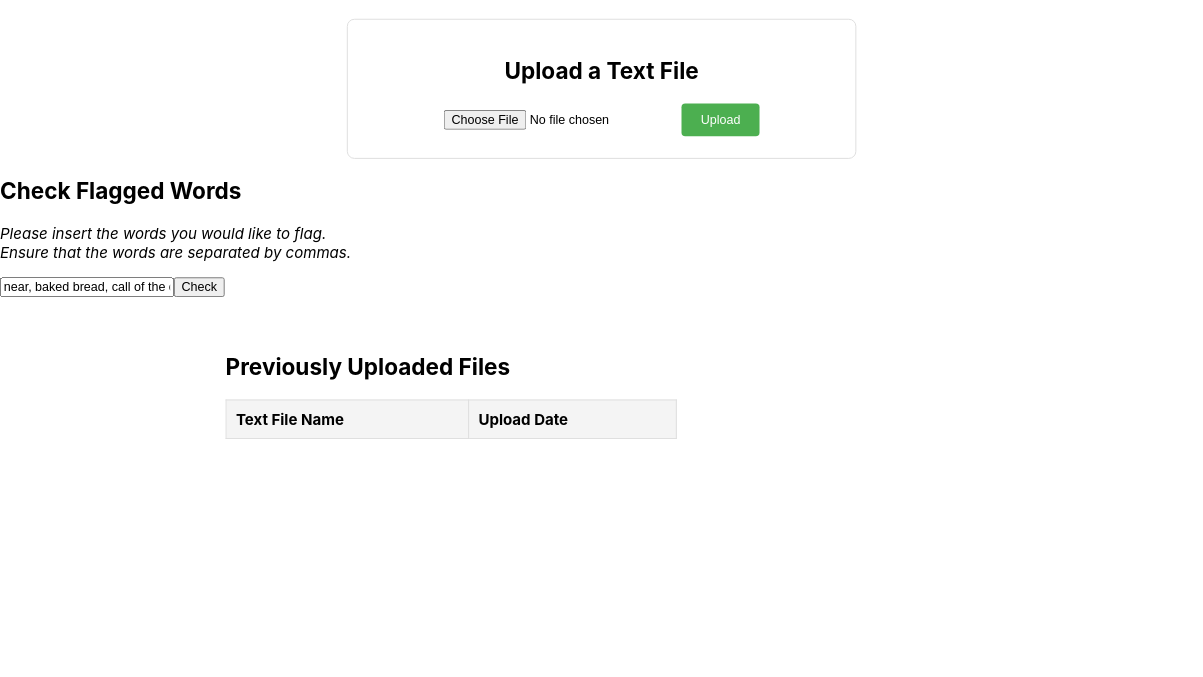
Repository: WafulaLukorito/flagged-Frontend
Page: /
These files come from the project's save history. The page is drawn as it stood at one moment and after the next save; the edit follows.
The browser window is 1280 px wide. The pictures show the whole page, at 94% of full size.
The page's requests for data from a server got no answer. The project was rebuilt for these pictures with package versions that can differ from the ones it lists, and the page was loaded fresh each time. No one was signed in, and anything a server would have sent is missing.

Above is the page before, as saved 2024-01-20 23:57:22.

### src/App.js

// import './App.css';
import FileUpload from './components/FileUpload/FileUpload'
import FlaggedWordsChecker from './components/FlaggedWordsChecker/FlaggedWordsChecker';
import TextFilesTable from './components/TextFilesTable/TextFilesTable';


function App() {
  return (
    <div className="App">
      <header className="App-header">
      </header>
<FileUpload/>
<FlaggedWordsChecker/>
<TextFilesTable/>

    </div>
  );
}

export default App;

### src/components/FileUpload/FileUpload.js
import React, { useState } from 'react';
import './FileUpload.css';
import moment from 'moment';


function FileUpload() {
    const [selectedFile, setSelectedFile] = useState(null);
    const [uploadResponse, setUploadResponse] = useState(null);

    const handleFileChange = (event) => {
        setSelectedFile(event.target.files[0]);
    };

    const handleUpload = async () => {
        if (!selectedFile) {
            alert('Please select a file to upload');
            return;
        }

        const formData = new FormData();
        formData.append('file', selectedFile);

        try {
            const response = await fetch('https://flagged.azurewebsites.net/api/words/upload', {
                method: 'POST',
                body: formData,
            });

            if (response.ok) {
                const data = await response.json();
                setUploadResponse(data);
                alert('File uploaded successfully');
            } else {
                alert('File upload failed');
            }
        } catch (error) {
            console.error('Error:', error);
            alert('Error uploading file');
        }
    };

    return (
        <div className="file-upload-container">
            <h2>Upload a Text File</h2>
            <input type="file" onChange={handleFileChange} className="file-upload-input" />
            <button onClick={handleUpload} className="file-upload-button">Upload</button>

            {uploadResponse && (
                <div className="file-upload-response">
                    <h3>Upload Response:</h3>
                    <p>Status: {uploadResponse.status}</p>
                    <p>File Name: {uploadResponse.fileName}</p>
                    <p>Upload: {moment(uploadResponse.uploadDate).fromNow()}</p>
                    <p>Contents:</p>
                    <textarea value={uploadResponse.contents} readOnly />
                </div>
            )}
        </div>
    );
}

export default FileUpload;

### src/components/FlaggedWordsChecker/FlaggedWordsChecker.js

import React, { useState } from 'react';

function FlaggedWordsChecker() {
    const [inputWords, setInputWords] = useState('near, baked bread, call of the city, moss covered rock, bake, it, adventure, renewed purpose, distant');
    const [result, setResult] = useState(null);

    const handleSubmit = async (event) => {
        event.preventDefault();
        try {
            const response = await fetch('https://flagged.azurewebsites.net/api/words/check', {
                method: 'POST',
                headers: { 'Content-Type': 'application/json' },
                body: JSON.stringify({ words: inputWords })
            });
            const data = await response.json();
            setResult(data);
        } catch (error) {
            console.error('Error:', error);
        }
    };

    const highlightWords = (text, words) => {
        let highlightedText = text;
        words.forEach(word => {
            const regex = new RegExp(`\\b${word.trim()}\\b`, 'gi');
            highlightedText = highlightedText.replace(regex, `<span class="highlight">${word}</span>`);
        });
        return highlightedText;
    };


    return (
        <div className="flagged-words-checker-container">
            <h2>Check Flagged Words</h2>
            <p><em>Please insert the words you would like to flag.<br />Ensure that the words are separated by commas.</em></p>
            <form onSubmit={handleSubmit}>
                <input
                    type="text"
                    value={inputWords}
                    onChange={(e) => setInputWords(e.target.value)}
                    placeholder="Enter words separated by commas"
                />
                <button type="submit">Check</button>
            </form>

            {result && (
                <div>
                    <h3>Results:</h3>
                    <p><strong>We checked the words you have flagged against this text:</strong></p>
                        <p> {result.textCheckedAgainst}</p>
                    <p><strong>These are the flagged words contained in the file:</strong> {result.foundBadWords.join(', ')}</p>
                    <p><strong>The number of flagged words:</strong> {result.numberOfBadWordsFound}</p>
                    <p><strong>This check was performed on:</strong> {new Date(result.checkTime).toLocaleString()}</p>
                    <div dangerouslySetInnerHTML={{ __html: highlightWords(result.textCheckedAgainst, result.foundBadWords) }} />
                </div>
            )}
        </div>
    );
}

export default FlaggedWordsChecker;

### src/components/TextFilesTable/TextFilesTable.js
import React, { useState, useEffect } from 'react';
import './TextFilesTable.css';
import moment from 'moment';

function TextFilesTable() {
    const [textFiles, setTextFiles] = useState([]);

    useEffect(() => {
        fetch('https://flagged.azurewebsites.net/api/words/uploadedfiles')
            .then(response => response.json())
            .then(data => setTextFiles(data))
            .catch(error => console.error('Error fetching data:', error));
    }, []);

    return (
        <div className="table-container">
            <h2>Previously Uploaded Files</h2>
            <table>
                <thead>
                    <tr>
                        <th>Text File Name</th>
                        <th>Upload Date</th>
                    </tr>
                </thead>
                <tbody>
                    {textFiles.map(file => (
                        <tr key={file.id}>
                            <td>{file.name}</td>
                            <td>{moment(file.uploadDate).fromNow()}</td>
                        </tr>
                    ))}
                </tbody>
            </table>
        </div>
    );
}

export default TextFilesTable;

### src/components/FileUpload/FileUpload.css
/* FileUpload.css */
.file-upload-container {
    max-width: 500px;
    margin: 20px auto;
    padding: 20px;
    border: 1px solid #ddd;
    border-radius: 8px;
    text-align: center;
}

.file-upload-input {
    margin-bottom: 10px;
}

.file-upload-response {
    margin-top: 20px;
    text-align: left;
}

.file-upload-response textarea {
    width: 100%;
    height: 100px;
    padding: 10px;
    border-radius: 4px;
    border: 1px solid #ccc;
    resize: none;
}

.file-upload-button {
    background-color: #4CAF50;
    color: white;
    padding: 10px 20px;
    border: none;
    border-radius: 4px;
    cursor: pointer;
}

.file-upload-button:hover {
    background-color: #45a049;
}

### src/components/TextFilesTable/TextFilesTable.css

.table-container {
    max-width: 800px;
    margin: 20px auto;
    padding: 20px;
}

table {
    width: 60%;
    margin: 0 auto;
        float: left;
    border-collapse: collapse;
}

table, th, td {
    border: 1px solid #ddd;
}

th, td {
    padding: 10px;
    text-align: left;
}

th {
    background-color: #f4f4f4;
}

### src/components/FlaggedWordsChecker/FlaggedWordsChecker.css

input[type="text"] {
    width: 70%;
    padding: 10px;
    margin: 10px 0;
    border: 1px solid #ccc;
    border-radius: 4px;
}

button {
    padding: 10px 20px;
    background-color: #4CAF50;
    color: white;
    border: none;
    border-radius: 4px;
    cursor: pointer;
}

button:hover {
    background-color: #45a049;
}

.results {
    margin-top: 20px;
}

.flagged-words-checker-container {
    display: flex;
    flex-direction: column;
    align-items: center;
    justify-content: center;
    min-height: 100vh;
}

Loaded but not shown: public/index.html (common file); src/index.js (common file); src/index.css (common file); src/reportWebVitals.js (common file)

After the next save:
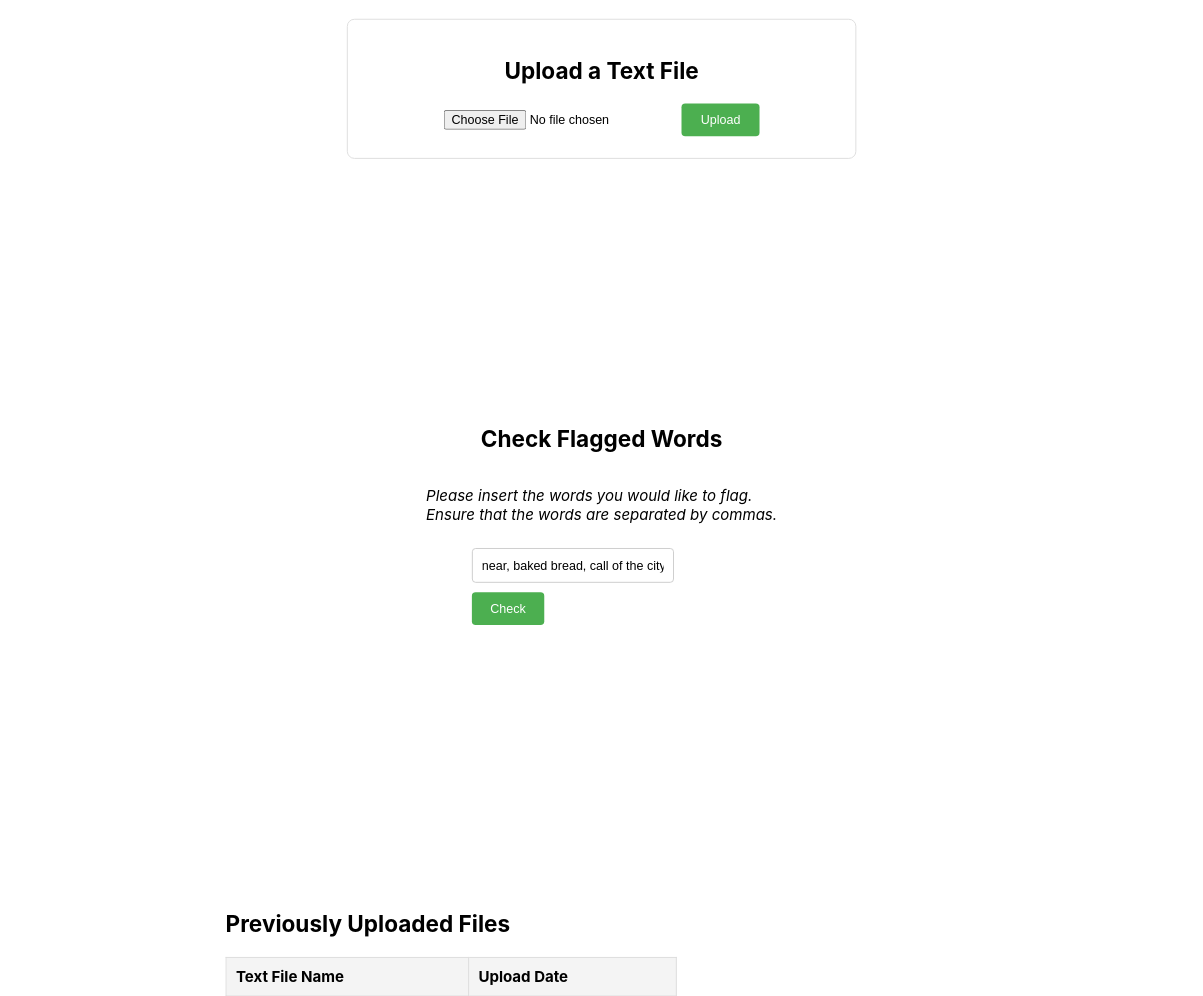
Saved 4 min 34 s later.
--- a/src/components/FlaggedWordsChecker/FlaggedWordsChecker.js
+++ b/src/components/FlaggedWordsChecker/FlaggedWordsChecker.js
@@ -1,5 +1,6 @@
 
 import React, { useState } from 'react';
+import './FlaggedWordsChecker.css';
 
 function FlaggedWordsChecker() {
     const [inputWords, setInputWords] = useState('near, baked bread, call of the city, moss covered rock, bake, it, adventure, renewed purpose, distant');
